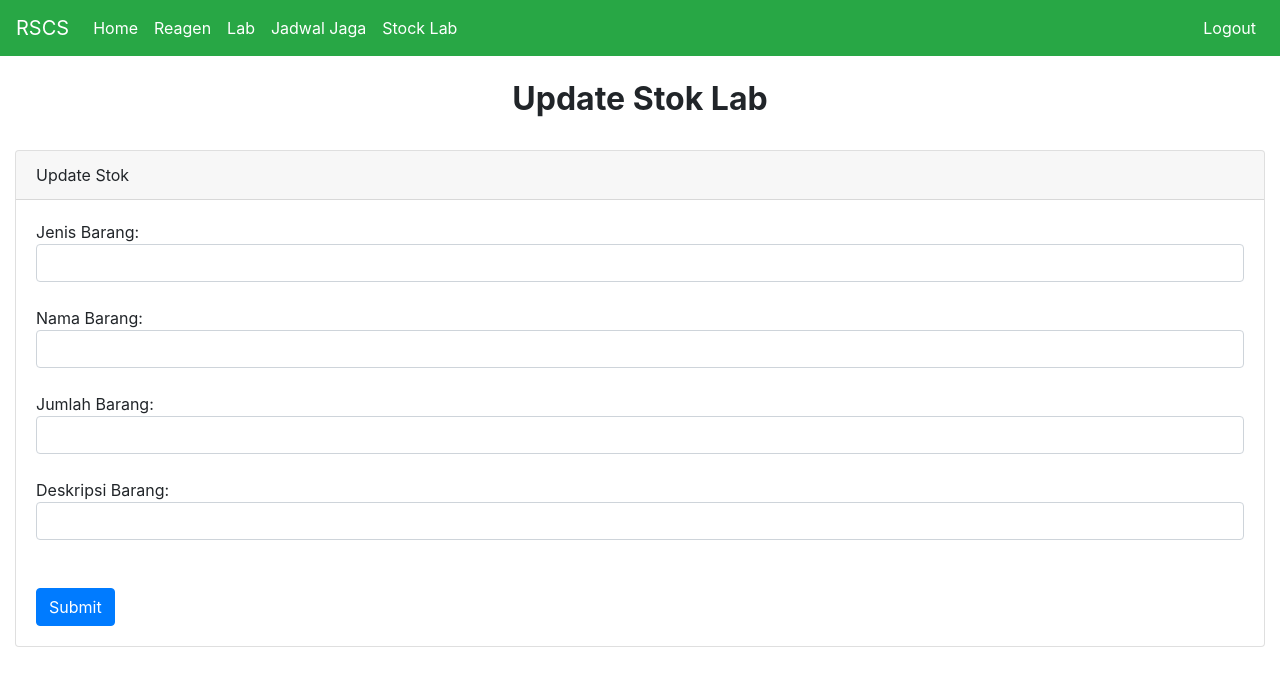
Repository: usamah1707/Tugas-Akhir-Kelompok-6
Page: http://localhost/update-stok
An editor plug-in stored every save of this project. The page is shown before and after the next save, followed by the edit.
The browser window is 1280 px wide. The pictures show the whole page.
The page is this project's Thymeleaf template; nobody is signed in. The template is opened directly, without the code that normally fills it, so the values that code supplies are empty.

Above is the page before, as saved 2019-06-04 06:20:36.

### TA_6/src/main/resources/templates/update-stok.html
<!DOCTYPE html>
<html xmlns:th="http://www.thymeleaf.org">

<head>
<title>Update Stok</title>

<object th:include="fragments/fragment :: css" th:remove="tag"></object>
<object th:include="fragments/fragment :: js" th:remove="tag"></object>
</head>

<body>
	<nav th:replace="fragments/fragment :: navbar"></nav>

	<div class="container-fluid">

	<div class="row">
			<span class="col-md-3"></span>
			<div class="col-md-12">
			<br>

		<h2 align = "center"><strong>Update Stok Lab</strong></h2>
		<br>

				<div class="card">
					<div class="card-header">Update Stok</div>
					<div class="card-body">
						<form th:action="@{/lab/stok/ubah}" th:object="${stok}"
							method="POST">
							<input type="hidden" name="id" th:value="${stok.id}" />
							<!-- <input type="hidden" th:field="*{stok}" /> -->
							Jenis Barang: <br> <input type="text"
								th:value="${stok.jenisBarang}" name="jenisBarang"
								class="form-control" /> <br> Nama Barang: <br> <input
								type="text" th:value="${stok.namaBarang}" name="namaBarang"
								class="form-control" /> <br> Jumlah Barang: <br> <input
								type="number" th:value="${stok.jumlahBarang}"
								name="jumlahBarang" class="form-control" /> <br> Deskripsi
							Barang: <br> <input type="text"
								th:value="${stok.deskripsiBarang}" name="deskripsiBarang"
								class="form-control" /> <br>
							<br>
							<button type="submit" class="btn btn-primary">Submit</button>
						</form>
					</div>
				</div>
			</div>
		</div>
	</div>
</body>

</html>

### TA_6/src/main/resources/templates/fragments/fragment.html
<!DOCTYPE html>
<html xmlns:th="http://www.thymeleaf.org">

<head>
    <title>Home</title>
	<head th:fragment="metas">
		<meta charset="utf-8">
    	<meta name="viewport" content="width=device-width, initial-scale=1, shrink-to-fit=no">
	</head>
    <head th:fragment="css">
    	<link rel="stylesheet" th:href="@{/css/style.css}">
        <link rel="stylesheet" th:href="@{/css/bootstrap.min.css}">

    </head>

    <head th:fragment="js">
    	<script
  src="https://code.jquery.com/jquery-3.3.1.js"
  integrity="sha256-2Kok7MbOyxpgUVvAk/HJ2jigOSYS2auK4Pfzbm7uH60="
  crossorigin="anonymous"></script>
        <script th:src="@{/js/bootstrap.min.js}"></script>
    </head>
</head>

<body>
    <nav th:fragment="navbar" class="navbar navbar-expand-lg navbar-dark bg-success">
        <a class="navbar-brand" th:href="@{/}">RSCS</a>
        <div class="collapse navbar-collapse" id="navbarSupportedContent">
            <ul class="navbar-nav mr-auto">
                <li class="nav-item active">
                    <a class="nav-link" th:href="@{/}">Home</a>
                </li>

                <li class="nav-item active">
                    <a class="nav-link" th:href="@{/lab/kebutuhan}">Reagen</a>
                </li>
                 <li class="nav-item active">
                    <a class="nav-link" th:href="@{/lab/pemeriksaan}">Lab</a>
                </li>
                <li class="nav-item active">
                    <a class="nav-link" th:href="@{/lab/jadwal-jaga/hihu}">Jadwal Jaga</a>
                </li>
                 <li class="nav-item active">
                    <a class="nav-link" th:href="@{/lab/stok}">Stock Lab</a>
                </li>
            </ul>
            <ul class="navbar-nav pull-right">
            	<li class="nav-item active">
            		<a class="nav-link" th:href="@{/logout}">Logout</a>
            	</li>
            </ul>
        </div>
    </nav>
</body>

</html>

### TA_6/src/main/resources/static/css/style.css
body {
  background: #34495e;
  font: normal 300 18px "Roboto", sans-serif;
}

#menu-nav {
  max-width: 1000px;
  margin: 130px auto;
  background-color: #ecf0f1;
  border-radius: 4px;
  box-shadow: 0 2px 5px rgba(0, 0, 0, 0.3);
}

#navigation-bar ul {
  border-radius: 4px;
  overflow: hidden;
}
#navigation-bar li {
  float: left;
  width: 20%;
}
#navigation-bar li:hover a::before {
  right: 0;
  left: 0;
}
#navigation-bar a {
  color: #848484;
  font-size: 20px;
  text-decoration: none;
  text-align: center;
  padding: 20px 0;
  display: block;
  position: relative;
  transition: all 0.3s ease;
}
#navigation-bar a:hover {
  color: #e74c3c;
}
#navigation-bar a::before {
  content: "";
  transition: all 0.4s ease-in-out;
  position: absolute;
  right: 50%;
  left: 50%;
  bottom: 0;
  height: 2px;
  background-color: #e74c3c;
}
#navigation-bar a:hover::before {
  right: 0;
  left: 0;
}

li {
	list-style: none;
}

Loaded but not shown: TA_6/src/main/resources/static/css/bootstrap.min.css (library); TA_6/src/main/resources/static/js/bootstrap.min.js (library)

After the next save:
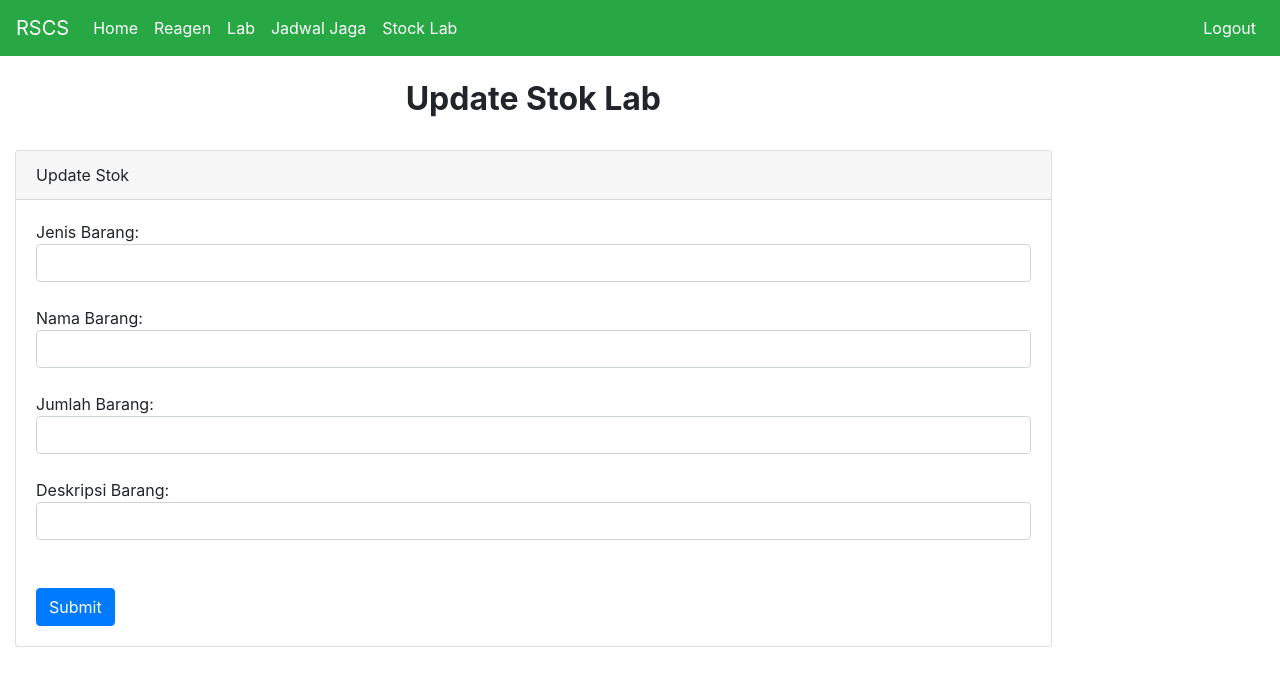
Saved 15 s later.
--- a/TA_6/src/main/resources/templates/update-stok.html
+++ b/TA_6/src/main/resources/templates/update-stok.html
@@ -15,7 +15,7 @@
 
 	<div class="row">
 			<span class="col-md-3"></span>
-			<div class="col-md-12">
+			<div class="col-md-10">
 			<br>
 
 		<h2 align = "center"><strong>Update Stok Lab</strong></h2>
